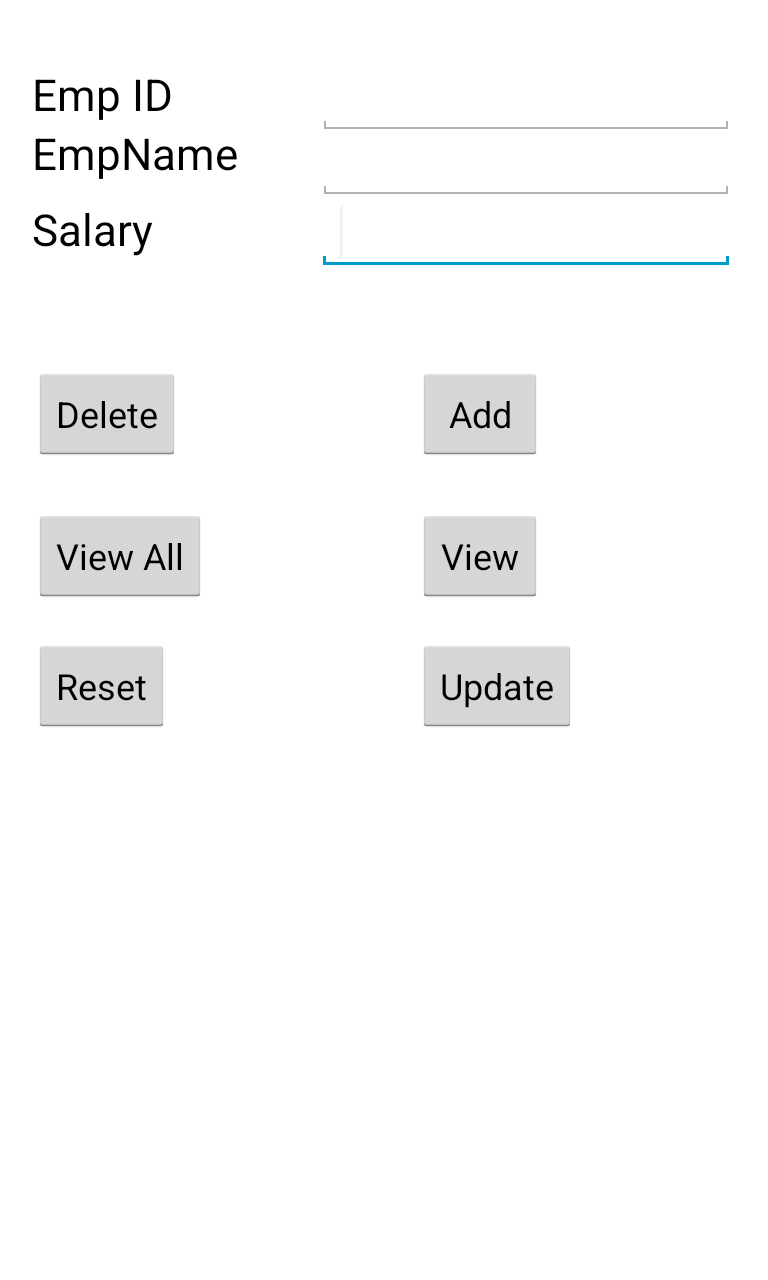
Repository: vinothknr1/aamec-mad-lab
Layout: Ex-4-Database-App/res/layout/activity_main.xml
The author's editor kept a copy of each file at every save. The layout is drawn from the files as they stood at one save, then again after the next save.
It is drawn on a 768 x 1280 px phone screen (xhdpi) without system bars, with theme AppTheme; the app's code is not run.

Above is the layout before, as saved 2022-04-26 09:15:21.

After the next save:
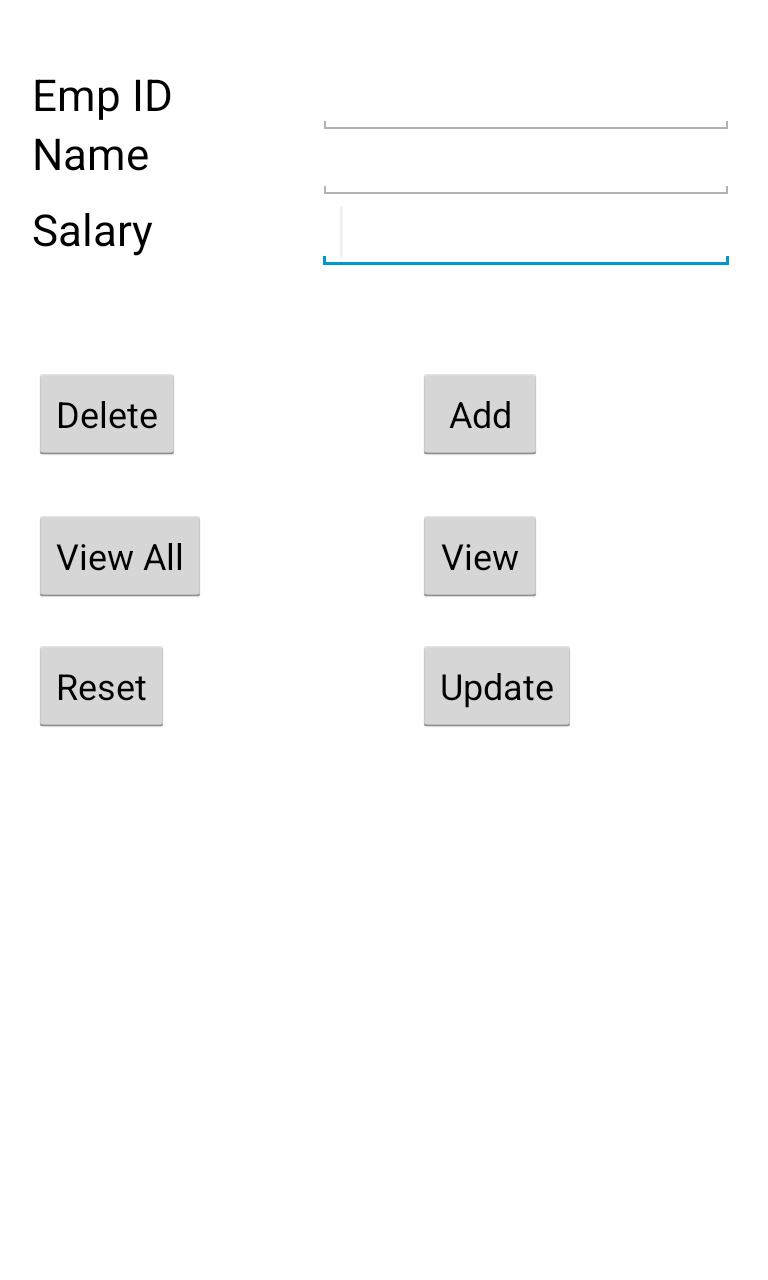
Saved 14 s later.
--- a/Ex-4-Database-App/res/layout/activity_main.xml
+++ b/Ex-4-Database-App/res/layout/activity_main.xml
@@ -103,7 +103,7 @@
         android:layout_alignLeft="@+id/textView3"
         android:layout_below="@+id/textView1"
         android:layout_toLeftOf="@+id/editTex1"
-        android:text="EmpName"
+        android:text="Name"
         android:textAppearance="?android:attr/textAppearanceLarge" />
 
     <EditText
